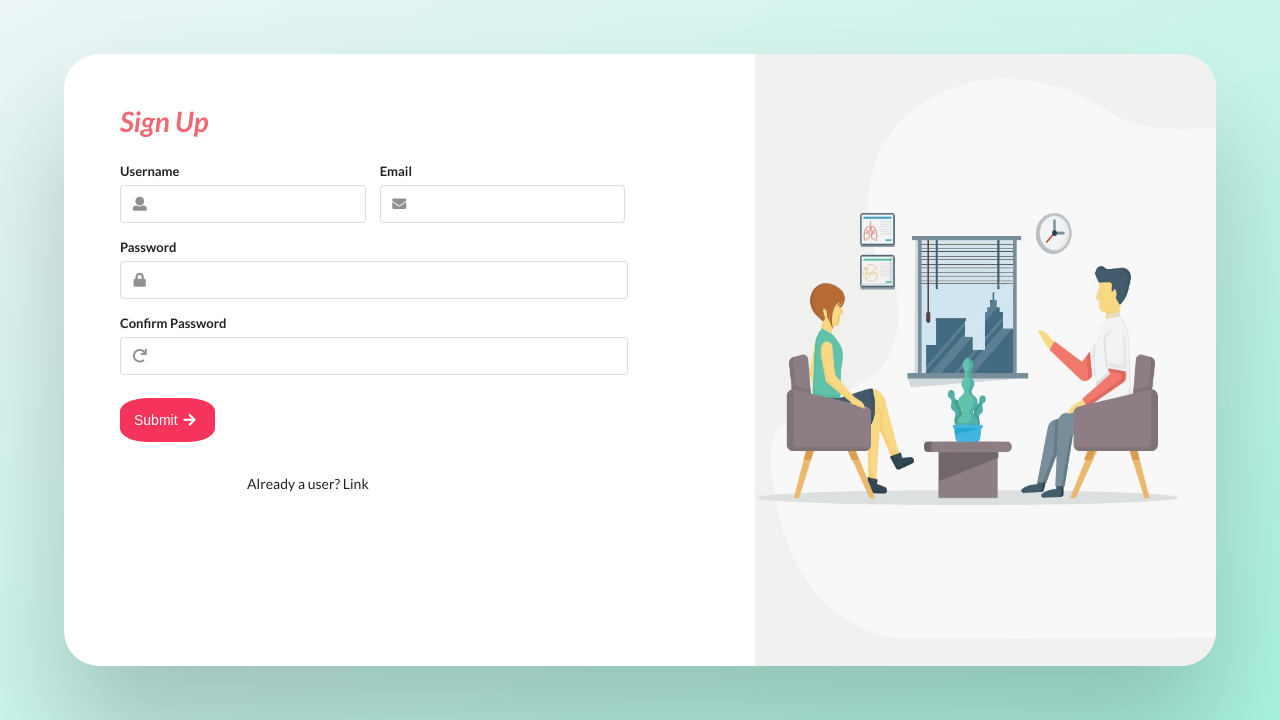
Repository: ajayaj2001/healthcare-digitization
Page: /
The author's editor kept a copy of each file at every save. The page is drawn from the files as they stood at one save, then again after the next save.
The browser window is 1280 px wide. The pictures show the whole page.
The project was rebuilt for these pictures with package versions that can differ from the ones it lists, and the page was loaded fresh each time. Also part of the build but not shown: src/component/userType/UserType.scss, src/component/userType/UserType.js, src/component/login/Login.scss, src/component/login/loginForm/LoginForm.scss, src/component/login/loginForm/LoginForm.js, src/component/login/Login.js.

Above is the page before, as saved 2021-03-12 22:45:45.

### public/index.html
<!DOCTYPE html>
<html lang="en">

<head>
  <meta charset="utf-8" />
  <meta name="viewport" content="width=device-width, initial-scale=1" />
  <meta name="theme-color" content="#000000" />
  <meta name="description" content="Web site created using create-react-app" />
  <link rel="stylesheet" href="https://fonts.googleapis.com/css?family=Roboto:300,400,500,700&display=swap" />
  <link rel="stylesheet" href="https://fonts.googleapis.com/icon?family=Material+Icons" />

  <!--
      manifest.json provides metadata used when your web app is installed on a
      user's mobile device or desktop. See https://developers.google.com/web/fundamentals/web-app-manifest/
    -->
  <!-- <link rel="manifest" href="%PUBLIC_URL%/manifest.json" /> -->
  <!--
      Notice the use of %PUBLIC_URL% in the tags above.
      It will be replaced with the URL of the `public` folder during the build.
      Only files inside the `public` folder can be referenced from the HTML.

      Unlike "/favicon.ico" or "favicon.ico", "%PUBLIC_URL%/favicon.ico" will
      work correctly both with client-side routing and a non-root public URL.
      Learn how to configure a non-root public URL by running `npm run build`.
    -->
  <title>medical</title>
</head>

<body>
  <noscript>You need to enable JavaScript to run this app.</noscript>
  <div id="root"></div>
  <!--
      This HTML file is a template.
      If you open it directly in the browser, you will see an empty page.

      You can add webfonts, meta tags, or analytics to this file.
      The build step will place the bundled scripts into the <body> tag.

      To begin the development, run `npm start` or `yarn start`.
      To create a production bundle, use `npm run build` or `yarn build`.
    -->
</body>

</html>

### src/index.js
import React from 'react';
import ReactDOM from 'react-dom';
import './index.scss';
import App from './component/app/App';
import 'semantic-ui-css/semantic.min.css'


ReactDOM.render(
  // <React.StrictMode>
    <App />
  // </React.StrictMode>
  ,
  document.getElementById('root')
);

### src/index.scss
code {
  font-family: source-code-pro, Menlo, Monaco, Consolas, "Courier New", monospace;
}
@mixin respond($breakpoint) {
  @if $breakpoint == phone {
    @media (max-width: 37.5em) {
      @content;
    }
  }

  @if $breakpoint == tab-land {
    @media (max-width: 75em) {
      @content;
    }
  }
  @if $breakpoint == tab-port {
    @media (max-width: 56.25em) {
      @content;
    }
  }
  @if $breakpoint == big-desktop {
    @media (min-width: 112.5em) {
      @content;
    }
  }
}

*,
*::after,
*::before {
  margin: 0;
  padding: 0;
  box-sizing: inherit;
}
body {
  font-family: "Lato", sans-serif;
  font-weight: 400;
  font-size: 16px;
  line-height: 1.7;
  color: #777;
  //padding: 30px;
  box-sizing: border-box;
  @include respond(tab-port) {
    padding: 0;
  }
}

html {
  font-size: 62.5%; //1rem=10px 10px/16px=62.5%
  @include respond(tab-land) {
    //width <1200
    font-size: 56.25%; //1rem=9px
  }
  @include respond(tab-port) {
    //<width <900
    font-size: 50%; //1rem=8px
  }
  // @include respond(phone) {
  //     //<width<600
  //     font-size: 40%; //1rem=4.8px
  // }
  @include respond(big-desktop) {
    //>1200
    font-size: 75%; //1rem=12
  }
}

### src/component/app/App.js
import './App.scss';

import UserType from "../userType/UserType";
import Login from '../login/Login';
import Register from '../register/Register';

function App() {
  return (
    <div className="App">
      {/* <UserType /> */}
      {/* <Login/> */}
      <Register/>
    </div>
  );
}

export default App;

### src/component/register/Register.js
import React from 'react'

import './Register.scss'
import sideImage from '../../img/img-2.jpg'
import RegisterForm from './registerForm/RegisterForm'

const Register = () => {
    return (
        <div className="container">
            <div className="register">
                <div className="register__signup">
                    <div className="register__signup--form"><RegisterForm /></div>
                </div>

                <img src={sideImage} alt="rocket" className="register__image" />
            </div>
        </div>
    )
}

export default Register

### src/component/register/Register.scss
.container {
    margin: 0;
    background-image: linear-gradient(to right bottom, #ebf5f5, #9af1dbd8);
    height: 100vh;
    display: flex;
    justify-content: center;
    align-items: center;
}

.register {
    background-color: white;
    width: 90%;
    height: 85%;
    display: grid;
    grid-template-columns: 60% 40%;
    @media (max-width: 65em) {
        grid-template-columns: 100%;
      }
    border-radius: 2.5rem;
    overflow: hidden;
    box-shadow: 0 5rem 8rem rgba(black, 0.2);
    &__signup {
        display: flex;
        flex-direction: column;
        justify-content: space-between;

        &--form {
            height: 70%;
        }
    }

    &__image {
        width: 100%;
        height: 100%;
    }
    @media (max-width: 65em) {
        &__image {
            display: none;
        }
      }
}

### src/component/register/registerForm/RegisterForm.js
import React, { useState } from 'react'
import { Form, Icon, Message } from 'semantic-ui-react'
// import { Link } from 'react-router-dom';
// import firebase from '../../../../firebase';
import './RegisterForm.scss'
const RegisterForm = () => {

    const [errors, seterrors] = useState("")
    const [username, setUsername] = useState("");
    const [email, setEmail] = useState("");
    const [password, setPassword] = useState("");
    const [confirmPassword, setConfirmPassword] = useState("");
    const [loading, setLoading] = useState(false);
    // const [usersRef] = useState(firebase.database().ref('users'));




    const isFormValid = () => {
        if (!username || !email || !password || !confirmPassword) {
            seterrors("Fill all the fields");
            return false;
        }
        else if (password.length < 6 || confirmPassword.length < 6) {
            if (password !== confirmPassword) {
                seterrors("Password dont match")
                return false;
            }
            else {
                seterrors("Password atleast have 6 character")
                return false;
            }
        }
        else {
            return true;
        }
    }


    const formSubmit = (event) => {
        event.preventDefault();
        if (isFormValid()) {
            setLoading(true)
            // firebase
            //     .auth()
            //     .createUserWithEmailAndPassword(email, password)
            //     .then(createdUser => {
            //         seterrors("");
            //         createdUser.user.updateProfile({
            //             displayName: username,
            //             photoURL: `http://gravatar.com/avatar/${md5(createdUser.user.email)}?d=identicon`
            //         })
            //             .then(() => {
            //                 usersRef.child(createdUser.user.uid).set({
            //                     name: createdUser.user.displayName,
            //                     avatar: createdUser.user.photoURL
            //                 });
            //                 setLoading(false);
            //             })
            //             .catch((err) => {
            //                 console.log(err);
            //                 setLoading(false);
            //                 seterrors(err.message);
            //             })
            //     })
            //     .catch(err => {
            //         seterrors(err.message);
            //         setLoading(false);
            //     });
        }
    }


    return (
        <div className="registerform">
            {
                errors ? <Message error className="registerform__error" ><h2>{errors}</h2></Message> : ""

            }

            <h4 className="registerform__heading">Sign Up </h4>
            <Form onSubmit={formSubmit}>
                <Form.Group >
                    <Form.Input
                        fluid
                        id='form-subcomponent-shorthand-input-first-name'
                        label='Username'
                        className="registerform__input1"
                        icon="user"
                        iconPosition="left"
                        type="text"
                        onChange={(event) => setUsername(event.target.value)}
                        value={username}
                    />
                    <Form.Input
                        fluid
                        id='form-subcomponent-shorthand-input-last-name'
                        label='Email'
                        icon="mail"
                        iconPosition="left"
                        type="email"
                        onChange={(event) => setEmail(event.target.value)}
                        value={email}

                        className={errors.toLowerCase().includes('email') ? 'error  registerform__input1' : ' registerform__input1'}
                    />
                </Form.Group>
                <Form.Input
                    fluid
                    name="username"
                    icon="lock"
                    iconPosition="left"
                    label="Password"
                    type="password"
                    onChange={(event) => setPassword(event.target.value)}
                    value={password}
                    className={errors.toLowerCase().includes('password') ? 'error registerform__input2' : ' registerform__input2'}
                />
                <Form.Input
                    fluid
                    name="username"
                    icon="repeat"
                    iconPosition="left"
                    label="Confirm Password"
                    type="password"
                    onChange={(event) => setConfirmPassword(event.target.value)}
                    value={confirmPassword}
                    className={errors.toLowerCase().includes('password dont match') ? 'error registerform__input2' : 'registerform__input2'}
                />
                <button type='submit' disabled={loading} className={loading ? 'loading registerform__button' : "registerform__button"} >Submit <Icon name="arrow right" /> </button>
            </Form>
            <div className="registerform__link">Already a user? Link{/*<Link to="/login">  Login</Link>*/}</div>

        </div>
    )
}

export default RegisterForm

### src/component/register/registerForm/RegisterForm.scss
.registerform {
    margin-top: 3.5rem;
    padding-left: 4rem;
    &__heading {
        padding-bottom: 0.6rem;
        color: #ef6973;
        font-size: 2rem;
        font-weight: 900;
        font-style: italic;
    }
    &__input1 {
        width: 40%;
    }
    &__input2 {
        width: 80%;
    }
    &__button {
        background-color: #f6335b;
        border: none;
        padding: 1rem 1rem;
        border-radius: 30%;
        color: white;
        margin-top: 0.6rem;
    }
    &__button:focus,&__button:hover {
        outline: none;
        background-color: #fd012b;
    }
    &__link {
        padding-left: 20%;
        padding-top: 5%;
    }
    &__error {
        margin-top: -2rem !important;
        padding: 1.3rem !important;
    }
}

Loaded but not shown: src/component/app/App.scss (no stored copy; drawn as an empty file)

After the next save:
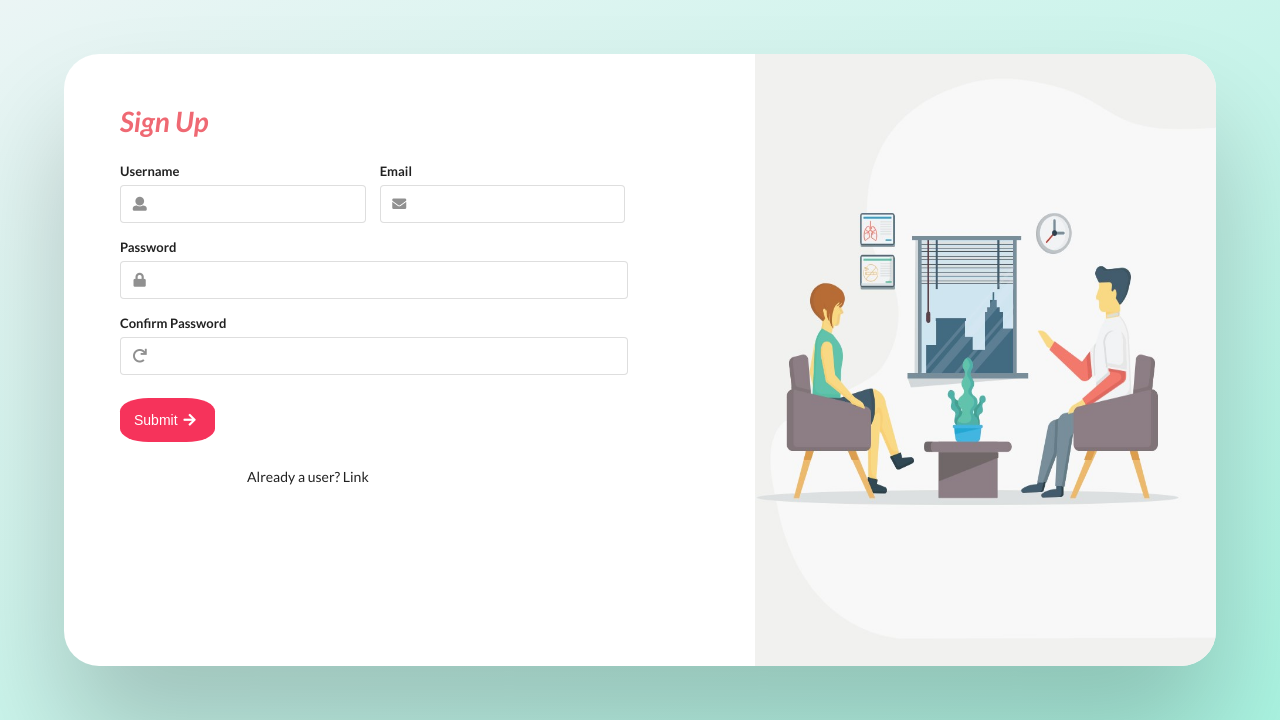
Saved 6 s later.
--- a/src/component/register/registerForm/RegisterForm.scss
+++ b/src/component/register/registerForm/RegisterForm.scss
@@ -28,7 +28,7 @@
     }
     &__link {
         padding-left: 20%;
-        padding-top: 5%;
+        padding-top: 4%;
     }
     &__error {
         margin-top: -2rem !important;
